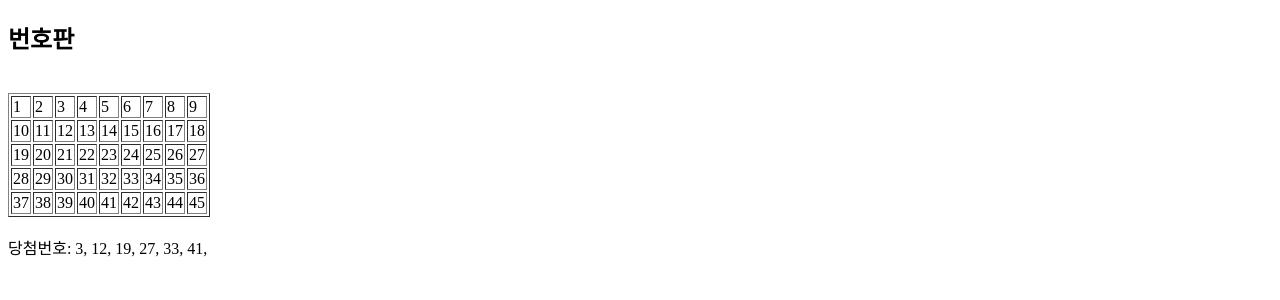
Repository: lhk21go-commits/Jsp2026
Page: http://localhost/chapter01/example_lotto.jsp
An editor plug-in stored every save of this project. The page is shown before and after the next save, followed by the edit.
The browser window is 1280 px wide. The pictures show the whole page.
The page is served by Tomcat 9.

Above is the page before, as saved 2026-10-16 07:22:06.

After the next save:
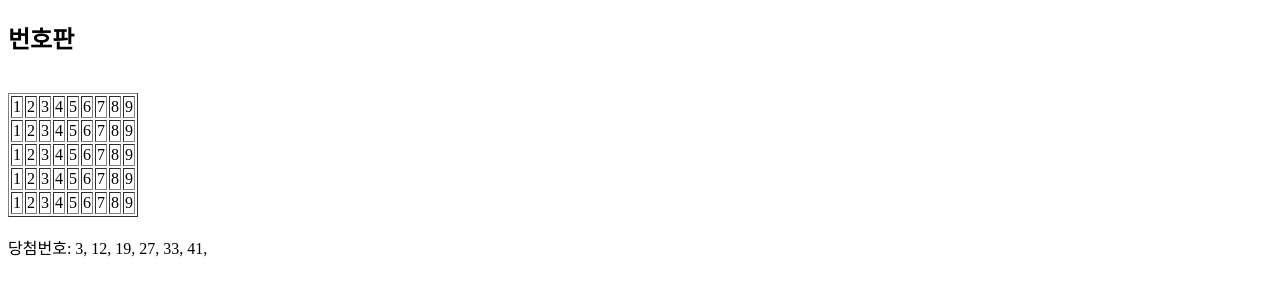
Saved 15 min 43 s later.
--- a/chapter01/src/main/webapp/example_lotto.jsp
+++ b/chapter01/src/main/webapp/example_lotto.jsp
@@ -23,7 +23,8 @@
 		};
 	%>
 	<table border="1">
-		<% for(int i=1; i<=5; i++){	%>
+		<% for(int i=1; i<=5; i++){
+			count = 1;%>
 		<tr>
 			<%	for(int j=1; j<=9; j++){	%>
 			<td><%=count %></td>

After the save that followed:
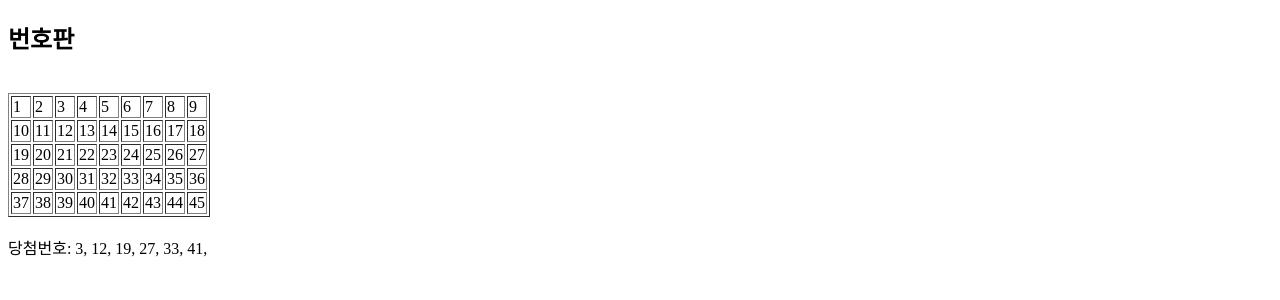
Saved 34 s later.
--- a/chapter01/src/main/webapp/example_lotto.jsp
+++ b/chapter01/src/main/webapp/example_lotto.jsp
@@ -23,8 +23,8 @@
 		};
 	%>
 	<table border="1">
-		<% for(int i=1; i<=5; i++){
-			count = 1;%>
+		<% count = 1;
+		for(int i=1; i<=5; i++){	%>
 		<tr>
 			<%	for(int j=1; j<=9; j++){	%>
 			<td><%=count %></td>
